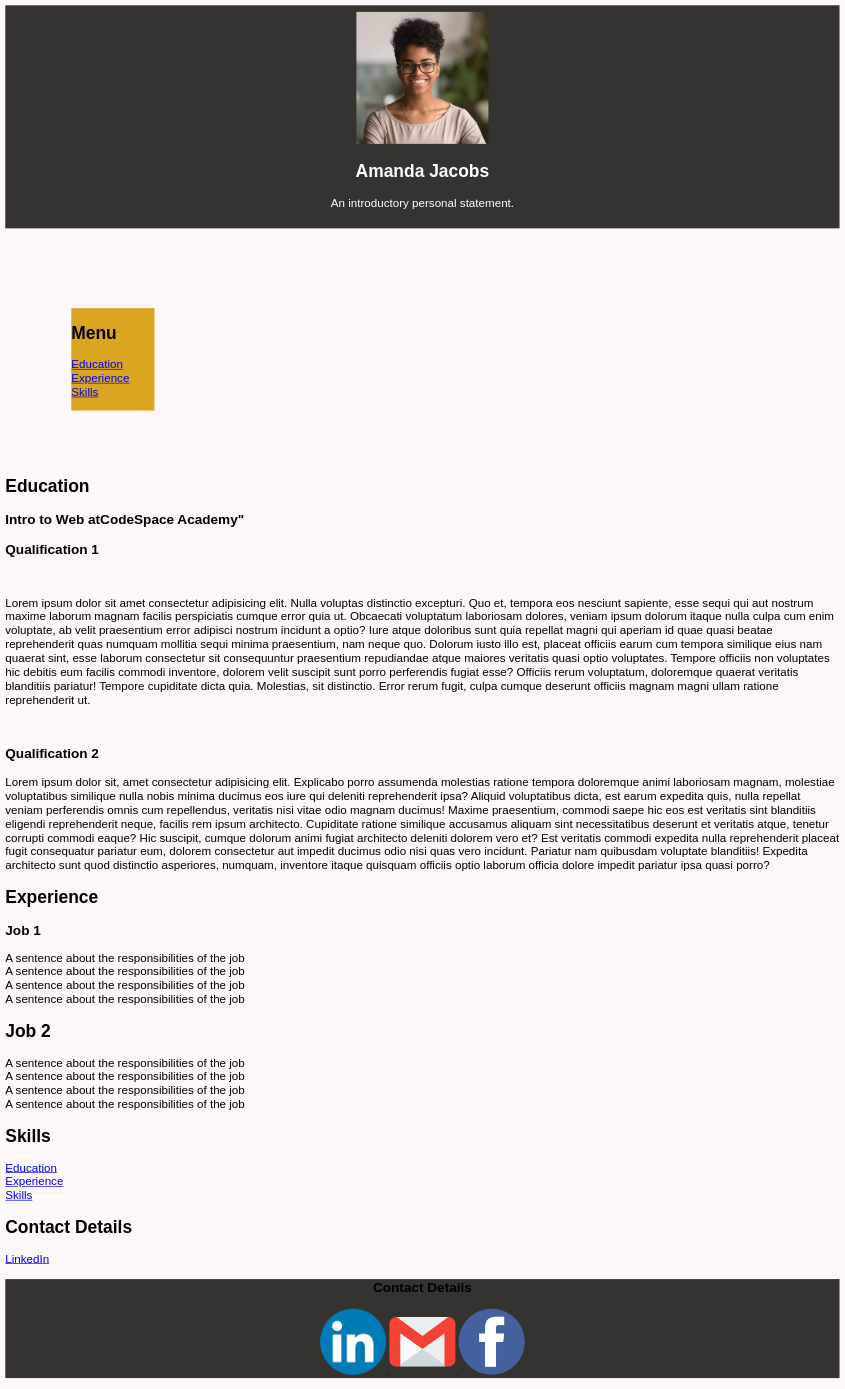
Repository: LeonardMhere/Resume-3
Page: resume `3/index.html
These files come from the project's save history. The page is drawn as it stood at one moment and after the next save; the edit follows.
The browser window is 1280 px wide. The pictures show the whole page, at 66% of full size.

Above is the page before, as saved 2023-03-23 09:43:28.

After the next save:
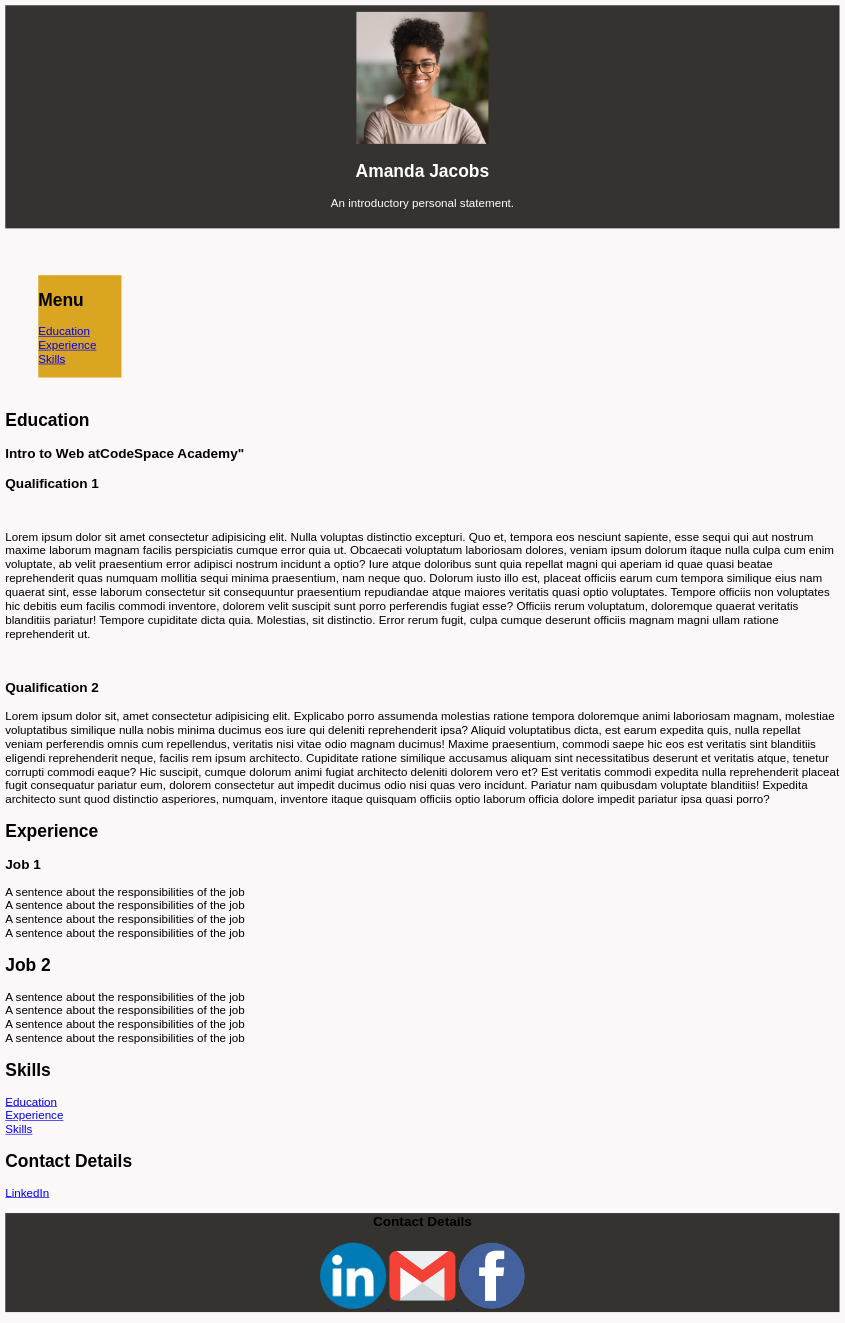
Saved 13 s later.
--- a/resume `3/css/stylesheet.css
+++ b/resume `3/css/stylesheet.css
@@ -21,7 +21,7 @@ header {
 
 .nav-menu{
     background-color:goldenrod;
-    margin: 100px;
+    margin: 50px;
     width: 10%;
     overflow: auto;
     background-color:
